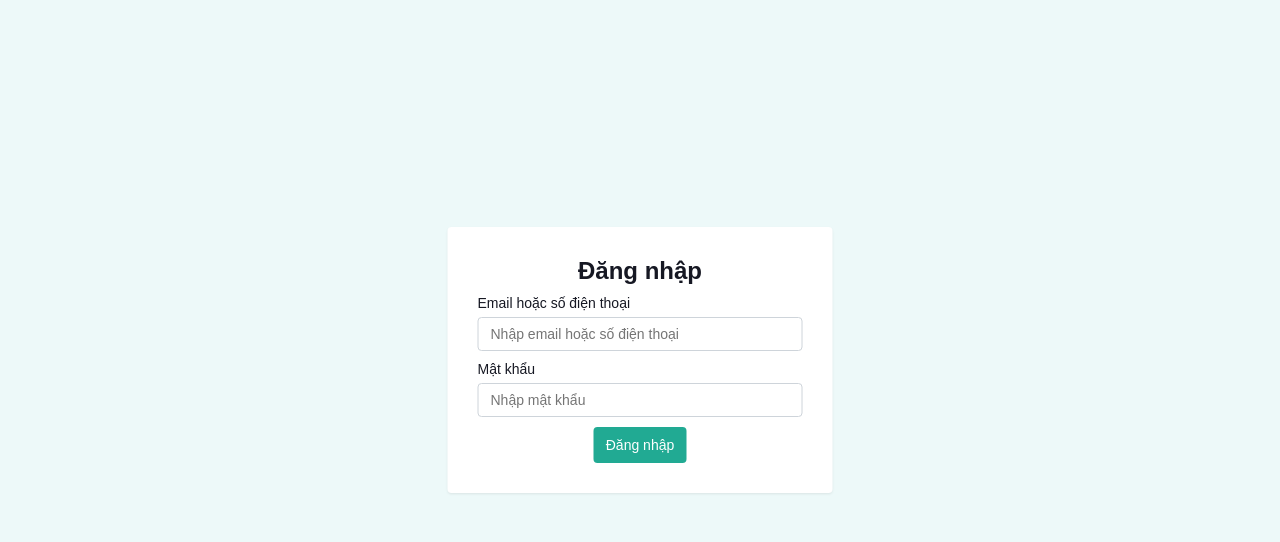
Repository: ntq25012002/chat-app
Page: /login
The author's editor kept a copy of each file at every save. The page is drawn from the files as they stood at one save, then again after the next save.
The browser window is 1280 px wide. The pictures show the whole page.
The project was rebuilt for these pictures with package versions that can differ from the ones it lists, and the page was loaded fresh each time. Also part of the build but not shown: src/pages/Home/index.js, src/pages/Profile/index.js, src/layouts/components/SideBar/index.js, src/layouts/DefaultLayout/index.js.

Above is the page before, as saved 2023-05-19 10:47:08.

After the next save:
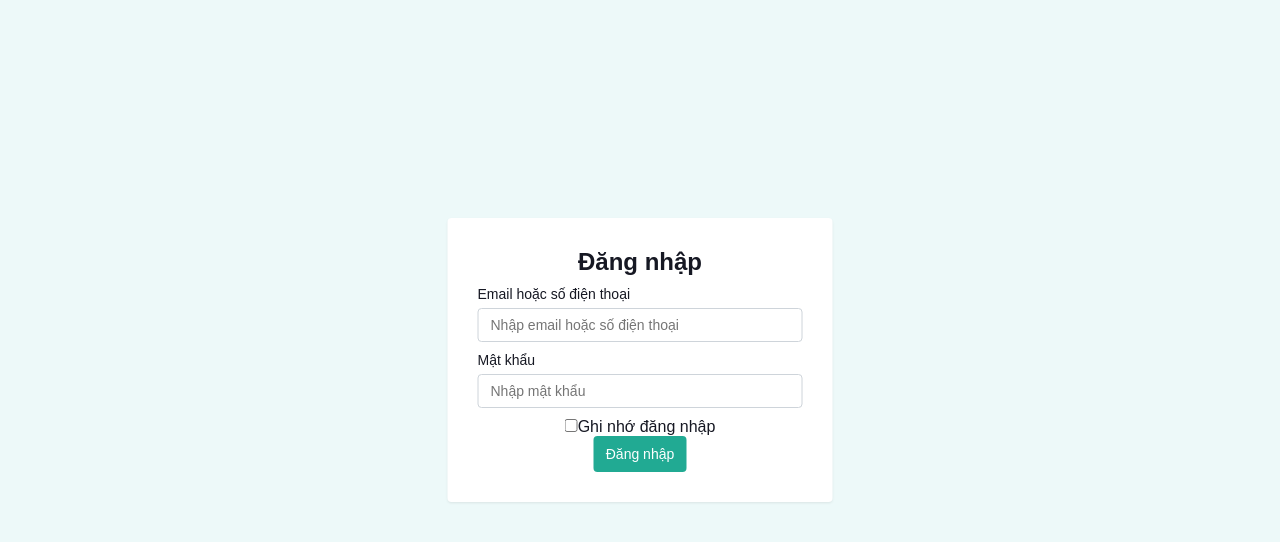
Saved 65 s later.
--- a/src/pages/Login/index.js
+++ b/src/pages/Login/index.js
@@ -22,6 +22,10 @@ function Login() {
                                 <label className={cx('form-label')}>Mật khẩu</label>
                                 <input type="password" className={cx('form-control')} placeholder='Nhập mật khẩu'/>
                             </div>
+                            <div className={cx('form-control')}>
+                                <input type="checkbox" />
+                                <label>Ghi nhớ đăng nhập</label>
+                            </div>
                             <button className={cx('btn-submit')}>Đăng nhập</button>
                         </form>
                     </div>
